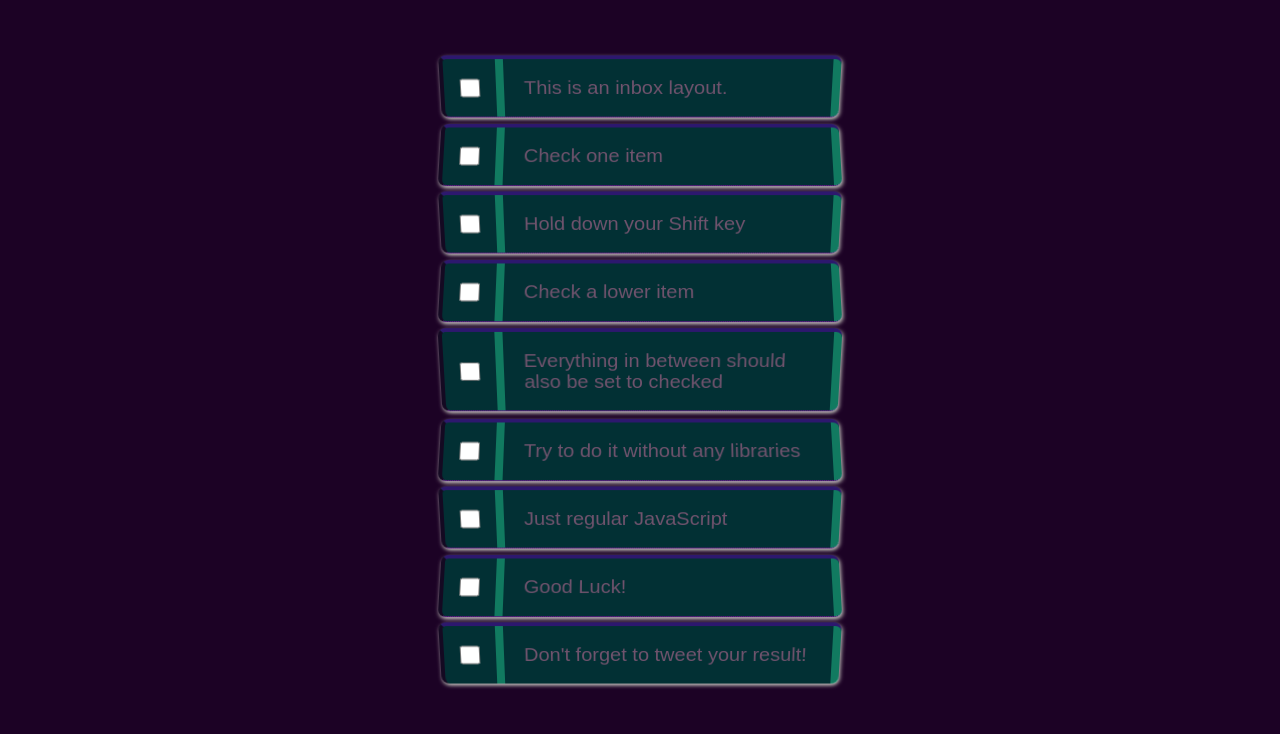
Repository: Freezler/Shift-Select-Checkboxes
Page: index.html
These files come from the project's save history. The page is drawn as it stood at one moment and after the next save; the edit follows.
The browser window is 1280 px wide. The pictures show the whole page.

Above is the page before, as saved 2024-09-07 23:21:19.

After the next save:
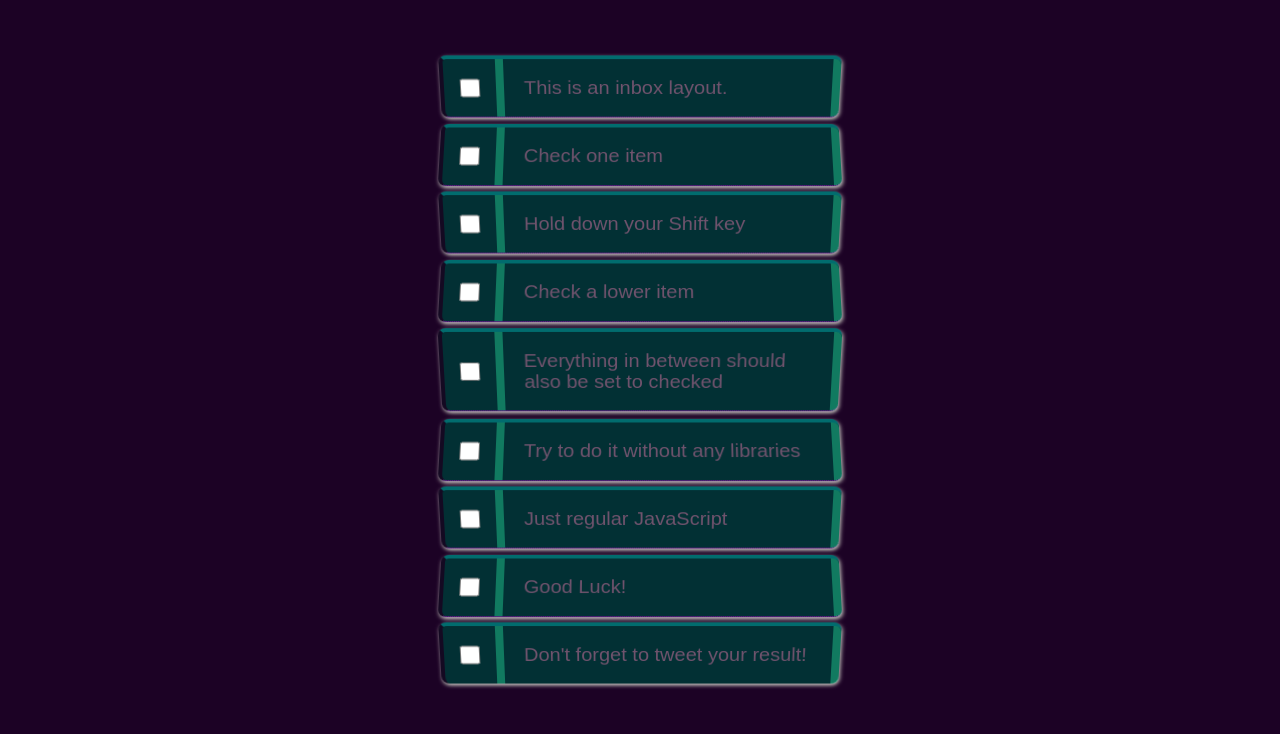
Saved 25 s later.
--- a/index.html
+++ b/index.html
@@ -39,7 +39,7 @@
       display: flex;
       transition: all 0.3s ease-in-out;
       border-inline-start: 4px solid var(--border-color);
-      border-block-start: 4px inset rgba(136, 0, 255, 0.497);
+      border-block-start: 4px inset rgba(0, 255, 255, 0.497);
       box-shadow: 1px 2px 4px rgba(244, 249, 232, 0.847);
       border-bottom: 1px dotted #b908d0;
       color: rgb(112, 83, 109);
